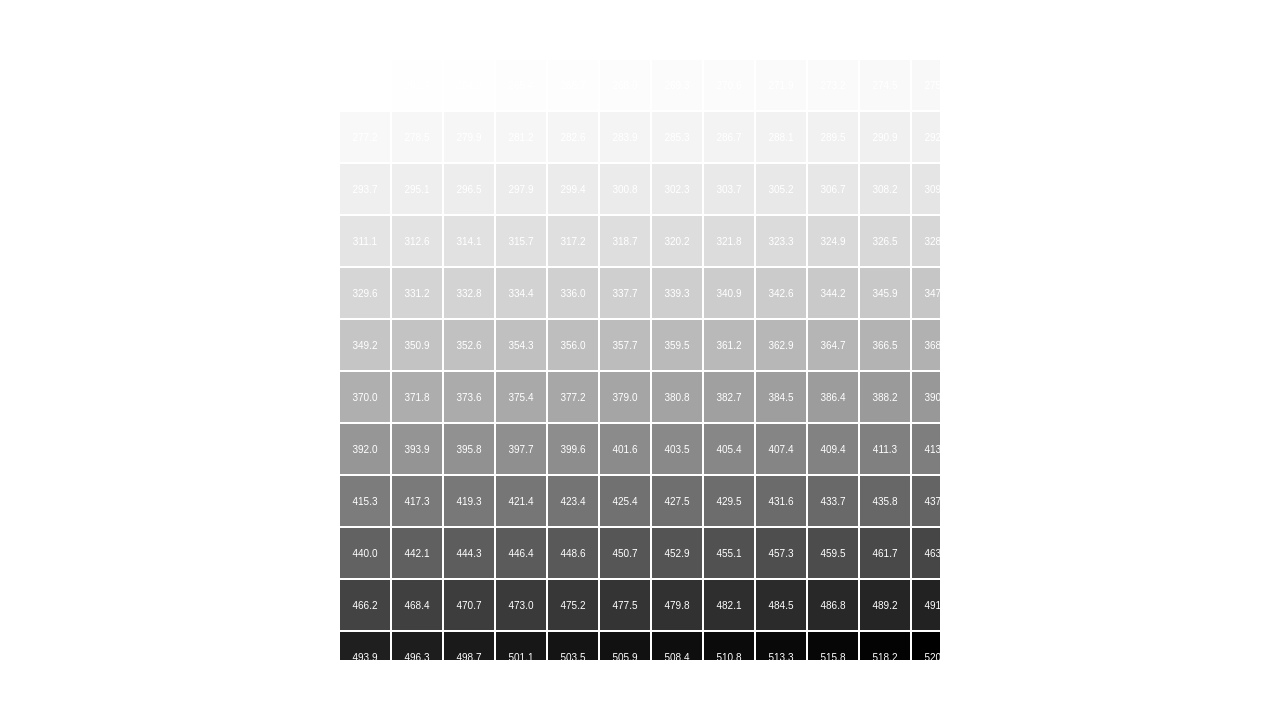
Repository: studiorichie/richielau.com
Page: assets/sound-to-color-microtone.html
The author's editor kept a copy of each file at every save. The page is drawn from the files as they stood at one save, then again after the next save.
The browser window is 1280 px wide. The pictures show the whole page.

Above is the page before, as saved 2024-11-06 21:46:55.

After the next save:
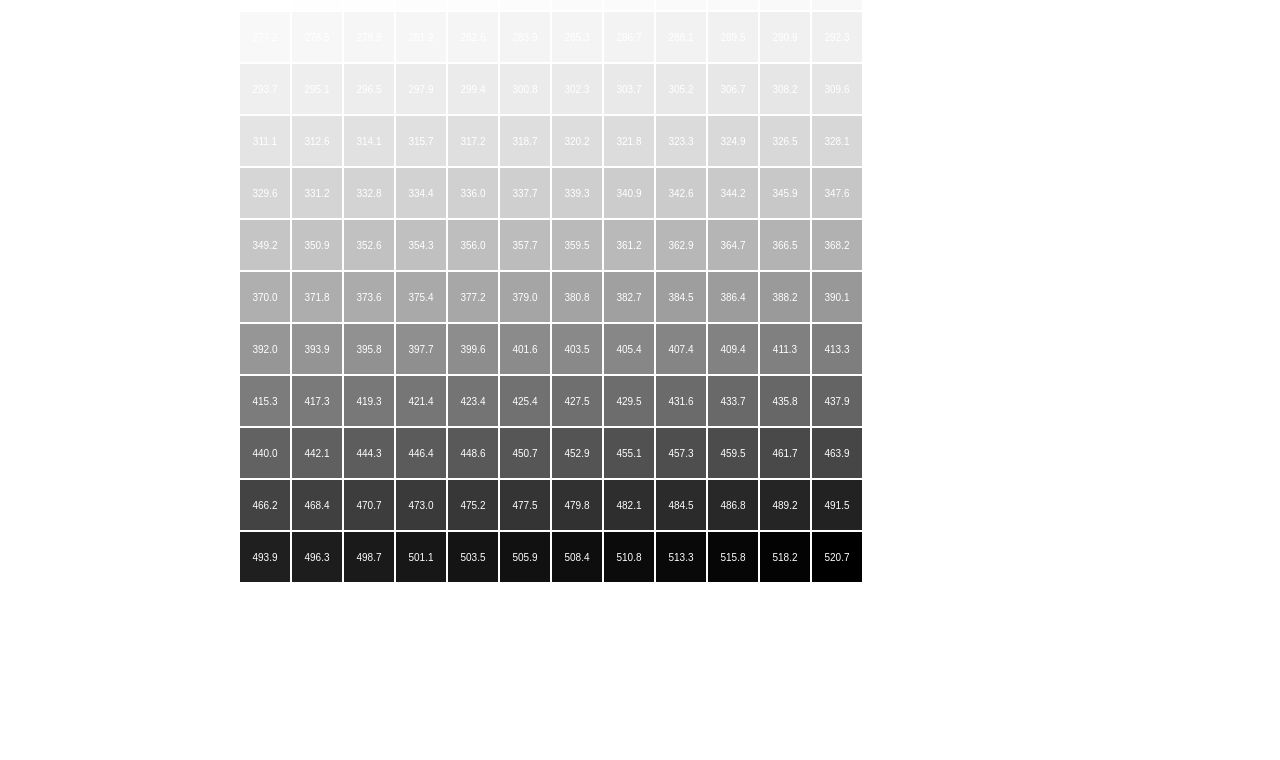
Saved 11 min 5 s later.
--- a/assets/sound-to-color-microtone.html
+++ b/assets/sound-to-color-microtone.html
@@ -32,7 +32,7 @@
     </style>
 </head>
 <body>
-    <svg width="600" height="600" id="grid"></svg>
+    <svg width="800" height="800" id="grid"></svg>
 
     <script>
         // Base frequency for C4
